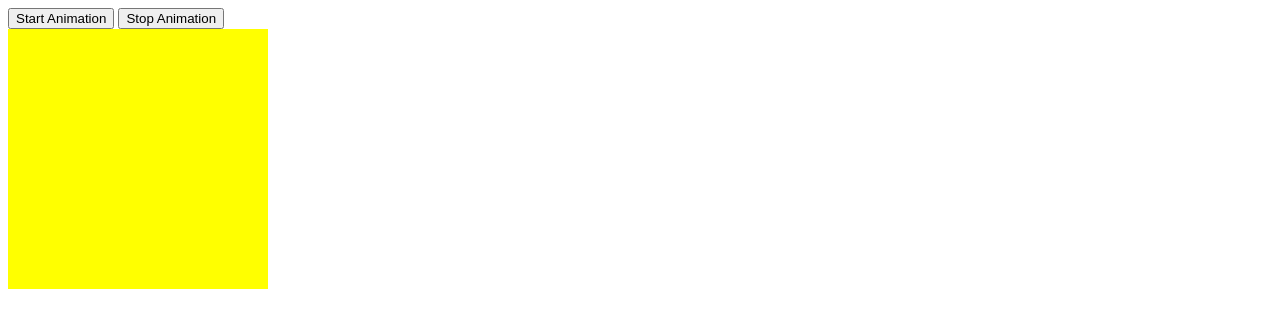
Repository: poornimakole/PRJS
Page: JS/JQuery/WebContent/Dequeue.html
These files come from the project's save history. The page is drawn as it stood at one moment and after the next save; the edit follows.
The browser window is 1280 px wide. The pictures show the whole page.
Some web libraries are served in a nearby version.

Above is the page before, as saved 2017-11-14 09:02:12.

After the next save:
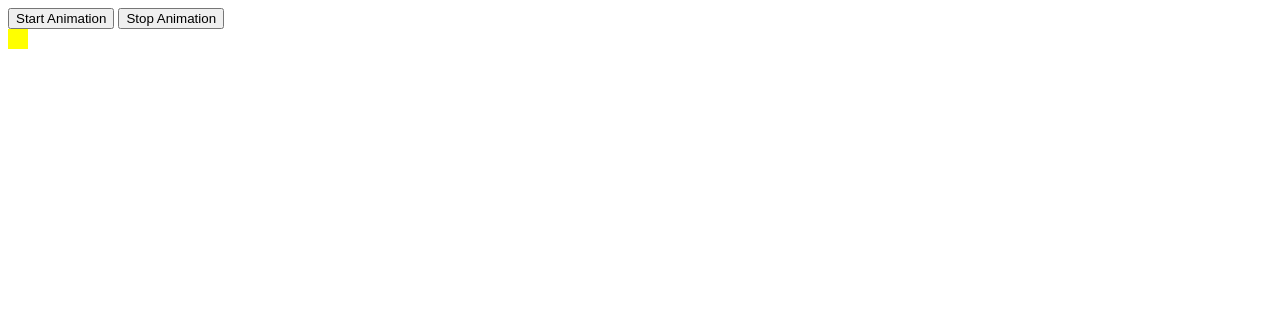
Saved 49 s later.
--- a/JS/JQuery/WebContent/Dequeue.html
+++ b/JS/JQuery/WebContent/Dequeue.html
@@ -6,9 +6,8 @@
 <style>
 	div
 	{
-	  width:100px;
-	  height:100px;
-	  padding:05em;
+	  width:20px;
+	  height:20px;
 	  background-color:yellow;
 	}
 </style>
